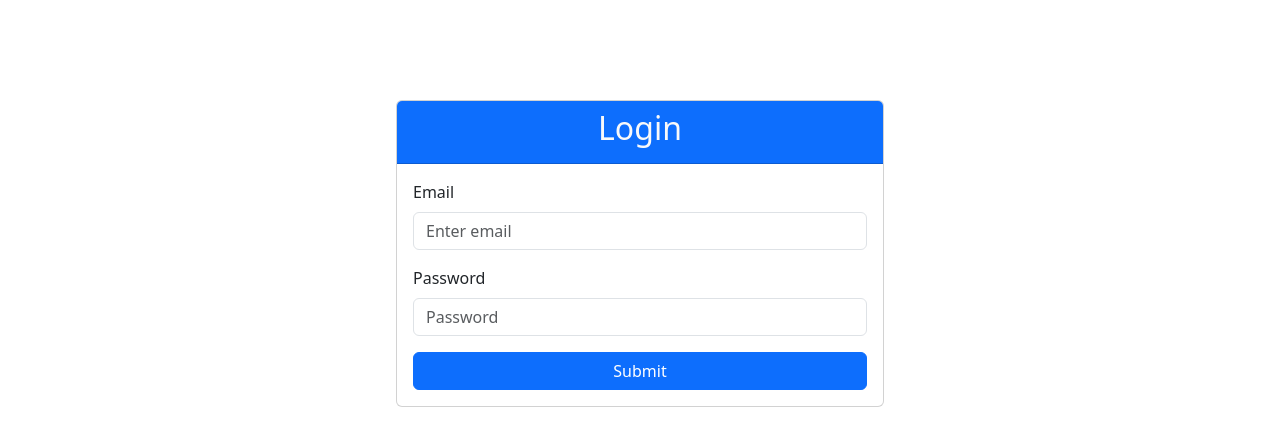
Repository: trider/react-task-app
Page: /
An editor plug-in stored every save of this project. The page is shown before and after the next save, followed by the edit.
The browser window is 1280 px wide. The pictures show the whole page.
The project was rebuilt for these pictures with package versions that can differ from the ones it lists, and the page was loaded fresh each time.

Above is the page before, as saved 2024-05-02 16:38:26.

### src/App.js

import 'bootstrap/dist/css/bootstrap.min.css';
import LoginForm from "./pages/Login";



let App = () => {
  return (
    <div>

      <LoginForm />


    </div>


  );
}


export default App;

### src/pages/Login.js

import Button from 'react-bootstrap/Button';
import Container from 'react-bootstrap/Container';
import Form from 'react-bootstrap/Form';
import Card from 'react-bootstrap/Card';
import { useState } from 'react';
// import Users from '../data/Users/Users.js';

const FormBody = () => {

  const [email, setEmail] = useState("");

  return (
    <div>
      <Form onSubmit={(e) => {
        alert('Email: ' + email);
      }}>
        <Form.Group className="mb-3" controlId="formBasicEmail">
          <Form.Label>Email</Form.Label>
          <Form.Control
          type="email"
          placeholder="Enter email"
          value={email}
          onChange={(e) => setEmail(e.target.value)}

          />
        </Form.Group>

        <Form.Group className="mb-3" controlId="formBasicPassword">
          <Form.Label>Password</Form.Label>
          <Form.Control type="password" placeholder="Password" />
        </Form.Group>
        <div className="d-grid gap-2">
          <Button variant="primary" type="submit" >Submit</Button>
        </div>
      </Form>
    </div>
  );

}



const LoginForm = () => {
  return (
    <div>
      <Container fluid className='container-lg' style={{ marginTop: '100px', width: '40%' }}>
        <Card className='card-sm'>
          <Card.Header className='bg-primary text-light text-center' >
            <h2>Login</h2>
          </Card.Header>
          <Card.Body>
            <FormBody />

          </Card.Body>
        </Card>

      </Container>
    </div>





  );
}

export default LoginForm;

Loaded but not shown: public/index.html (common file); src/index.js (common file); src/index.css (common file); src/reportWebVitals.js (common file)

After the next save:
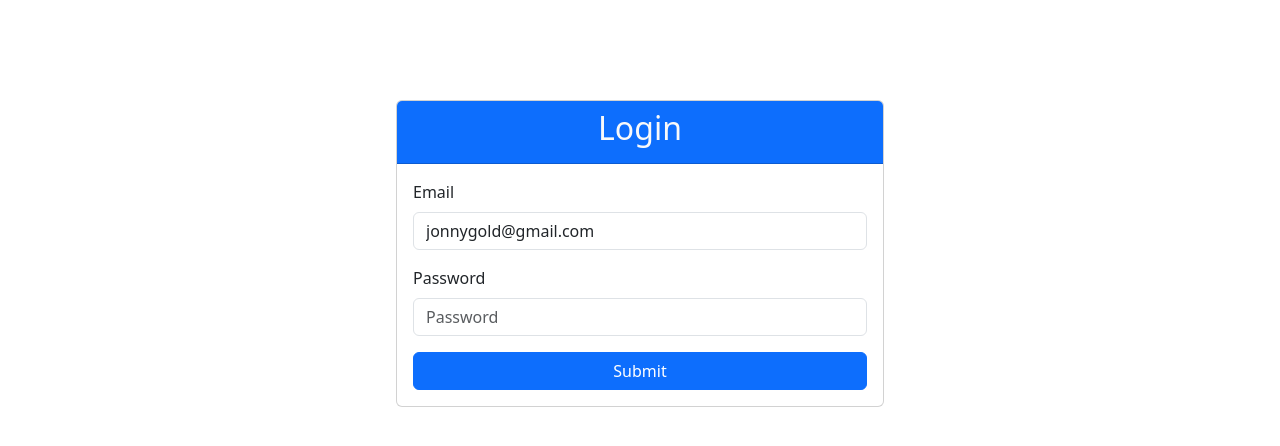
Saved 18 s later.
--- a/src/pages/Login.js
+++ b/src/pages/Login.js
@@ -8,7 +8,7 @@ import { useState } from 'react';
 
 const FormBody = () => {
 
-  const [email, setEmail] = useState("");
+  const [email, setEmail] = useState("jonnygold@gmail.com");
 
   return (
     <div>
